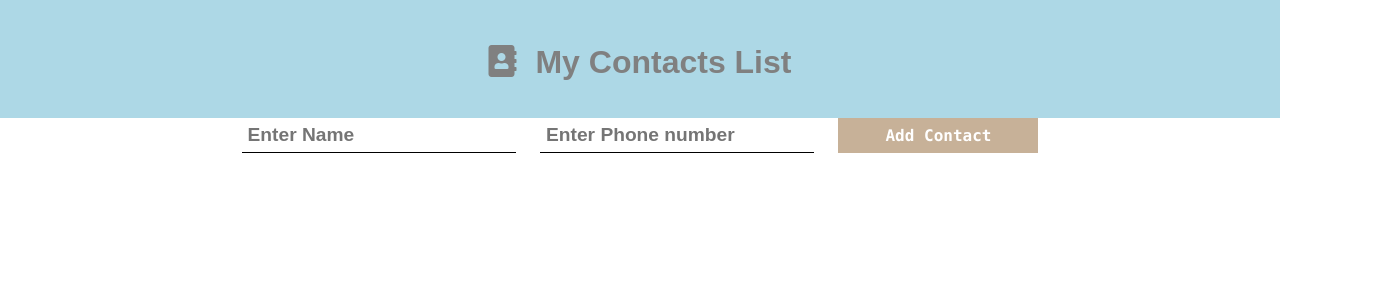
Repository: Sayan-100/Contact-List
Page: http://localhost/
The author's editor kept a copy of each file at every save. The page is drawn from the files as they stood at one save, then again after the next save.
The browser window is 1280 px wide. The page is 1280 px wide, then 1380 px, so the pictures cover 1380 px, including what lies to the right of the window. The pictures show the whole page.
Some web libraries are served in a nearby version. The page is served by the project's Node server (index.js). Other server files are loaded and not shown. Queries for data that is not in the repository find no rows.

Above is the page before, as saved 2022-01-10 14:55:25.

### views/home.ejs
<html>

<head>
    <title>
        <%=locals.title%>
    </title>

    <link rel="stylesheet" href="https://use.fontawesome.com/releases/v5.5.0/css/all.css" integrity="sha384-B4dIYHKNBt8Bc12p+WXckhzcICo0wtJAoU8YZTY5qE0Id1GSseTk6S+L3BlXeVIU" crossorigin="anonymous">

    <!-- our css should below all the style so that we can override -->
    <link rel="stylesheet" href="/css/home.css">

</head>

<body>

    <div id="mb">
        <div class="element">
            <h1 id="page-heading">
                <i class="fas fa-address-book "></i> My Contacts List
            </h1>
        </div>
        <div id="contact-list-container" class="element">
            <ul>
                <% for(let i of contact_list) {%>
                    <li class="contact">
                        <div class="details-name">
                            <p>
                                <%= i.name %>
                            </p>
                        </div>
                        <div class="details-contact-number delete-button">

                            <div>
                                <p>
                                    <%= i.phone %>
                                </p>
                            </div>

                            <div>
                                <a href="/delete-contact/?id=<%=i._id%>">
                                    <i class="fas fa-window-close"></i>
                                </a>
                            </div>
                        </div>
                    </li>
                    <% } %>
            </ul>
        </div>
    </div>

    <form id="new-contact-form" action="/create_contact" method="POST">
        <input type="text" name="name" required placeholder="Enter Name">
        <input type="number" name="phone" required placeholder="Enter Phone number">

        <button type="submit">Add Contact</button>

    </form>

    <script type="text/javascript" src="/js/home.js">
    </script>

</body>

</html>

### index.js
const express = require('express');
const path = require('path');
const port = 8000;

const db = require('./config/mongoose');
const Contact = require('./models/contact');

const app = express();


app.set('view engine', 'ejs');
app.set('views', path.join(__dirname, 'views'));
app.use(express.urlencoded());
app.use(express.static('assets'));

//middleware 1
// app.use(function(req, res, next) {
//     req.myName = "Sayan";
//     // console.log("middleware 1 called");
//     next();
// })

//middleware 2
// app.use(function(req, res, next) {
//     console.log('My name from middleware 2', req.myName);
//     next();
// })

// var contactList = [{
//         name: "Arapan sir",
//         phone: "1111111111"
//     },

//     {
//         name: "Coding Ninjas",
//         phone: "2111222222"
//     },

//     {
//         name: "Sayan",
//         phone: "4444444444"
//     }

// ];


app.get('/', function(req, res) {
    // console.log(__dirname);
    // res.send('<h1>cool, it is running or is it?</h1>');
    //return

    // console.log("from the get route", req.myName);

    Contact.find({}, function(err, contacts) {
        if (err) {
            console.log('Error in fetching contact list from db');
            return;
        }

        return res.render('home', {
            title: "My contacts list",
            contact_list: contacts
        });

    });


    // return res.render('home', {
    //     title: "My contacts list",
    //     contact_list: contactList
    // });

});

app.get('/practice', function(req, res) {
    return res.render('practice', {
        title: "Let us play with ejs"
    });
});

app.get('/delete-contact', function(req, res) {
    //console.log(req.query);
    //let phone = req.query.phone;
    let id = req.query.id;
    Contact.findByIdAndDelete(id, function(err) {
        if (err) {
            console.log('error in deleting a object form database');
            return;
        }

        return res.redirect('back');
    });
    // let contactIndex = contactList.findIndex(contact => contact.phone == phone);

    // if (contactIndex != -1) {
    //     contactList.splice(contactIndex, 1);
    // }

    // return res.redirect('back');
});

app.get('/', function(req, res) {

});


app.post('/create_contact', function(req, res) {
    // return res.redirect('/practice');
    // contactList.push({
    //     name: req.body.name,
    //     phone: req.body.phone
    // });
    // contactList.push(req.body);
    Contact.create({
        name: req.body.name,
        phone: req.body.phone
    }, function(err, newContact) {
        if (err) {
            console.log('error in creating a contact!');
            return;
        }

        console.log('*********', newContact);
        return res.redirect('back');

    });

    // return res.redirect('/');
    // return res.redirect('back');
});

app.listen(port, function(err) {

    if (err) {
        console.log('Error in running Server');
    }

    console.log('Yup. My express server is running on port', port);
});

### assets/css/home.css
    body {
        margin: 0;
        font-family: sans-serif;
        text-align: center;
    }

    #page-heading {
        text-align: center;
        margin-top: 25px;
        color: grey;
    }

    li {
        list-style: none;
        display: flex;
        box-sizing: border-box;
        justify-content: space-between;
        background-color: #EA99D5;
        margin-bottom: 4px;
        /* width: 80%; */
        font-weight: 600;
        overflow: hidden;
        color: white;
        font-family: monaco;
    }

    li:hover {
        background-color: #BAABDA;
    }

    input {
        margin-right: 20px;
        padding: 6px;
        border: transparent;
        border-bottom: 1px solid black;
        font-family: sans-serif;
        font-weight: 700;
        font-size: 1.2rem;
    }

    button {
        padding: 6px;
        width: 200px;
        height: 35px;
        background-color: #C7B198;
        font-family: monaco;
        font-weight: 600;
        color: white;
        border: none;
        font-size: 1rem;
    }

    button:hover {
        background-color: #CA965C;
    }

    p {
        display: inline-block;
        padding-left: 2rem;
        padding-right: 5rem;
    }

    .details-contact-number {
        display: flex;
        justify-content: space-evenly;
    }

    i {
        margin-top: 20px;
        margin-right: 10px;
    }

    #mb {
        width: 100%;
        display: flex;
        flex-direction: column;
        align-items: center;
        background-color: lightblue;
    }

    #contact-list-container {
        width: 80%;
    }

Loaded but not shown: assets/js/home.js (common file)

After the next save:
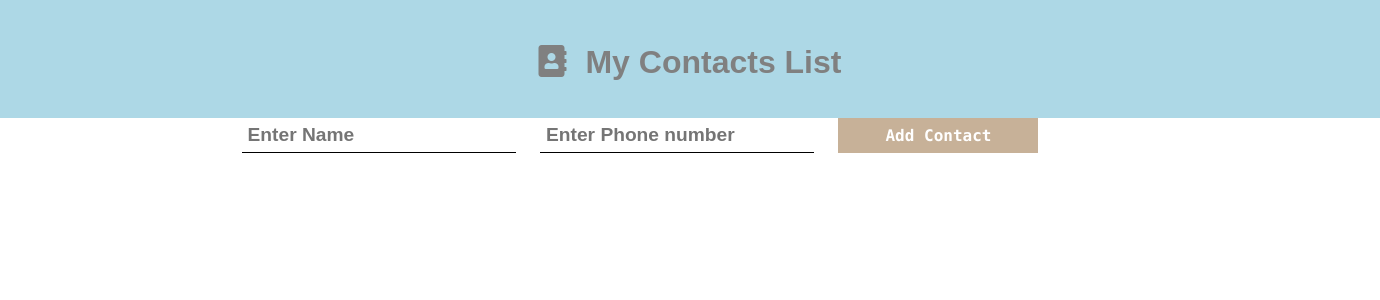
Saved 73 s later.
--- a/assets/css/home.css
+++ b/assets/css/home.css
@@ -76,6 +76,7 @@
         flex-direction: column;
         align-items: center;
         background-color: lightblue;
+        padding: 0 50px;
     }
 
     #contact-list-container {
